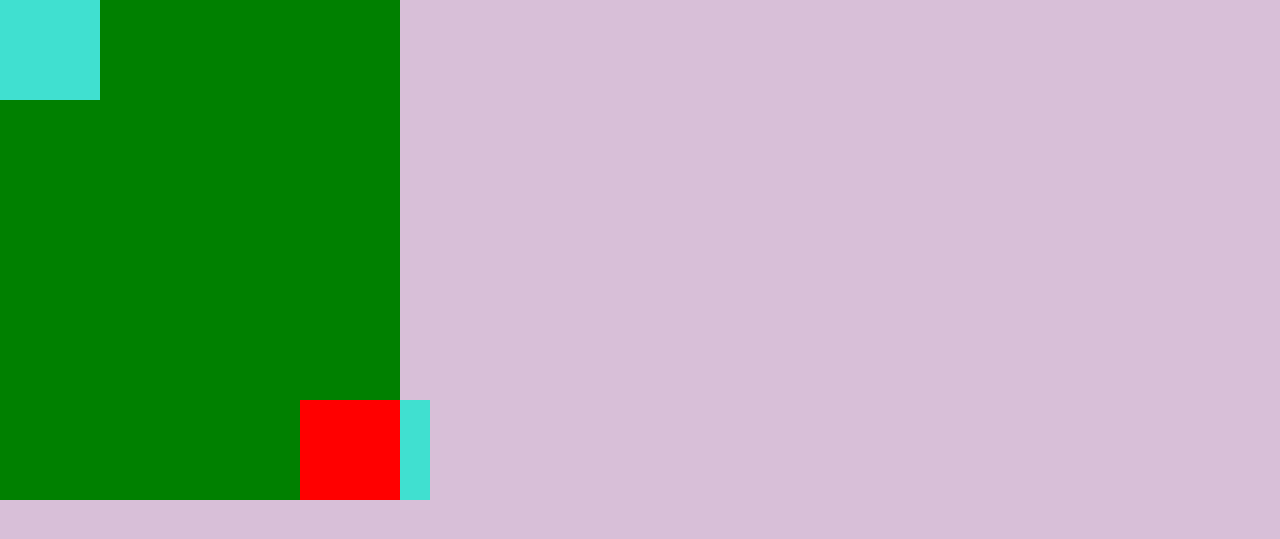
Repository: AytacSafarova/Task-12
Page: index.html
These files come from the project's save history. The page is drawn as it stood at one moment and after a run of saves; the edit follows.
The browser window is 1280 px wide. The pictures show the whole page.

Above is the page before, as saved 2023-08-16 16:13:34.

### index.html
<!DOCTYPE html>
<html lang="en">
  <head>
    <meta charset="UTF-8" />
    <meta name="viewport" content="width=device-width, initial-scale=1.0" />
    <title>Document</title>
    <link rel="stylesheet" href="./index.css" />
  </head>
  <body>
    <div class="container">
      <div class="box">
        <div class="child child-1"></div>
        <div class="child child-2"></div>
        <div class="child child-3"></div>
      </div>
    </div>
  </body>
</html>

### index.css
*{
    margin: 0;
    padding: 0;
    box-sizing: border-box;
}
.container{
    width: 100%;
    height: 100vh;
    background-color: thistle;
}
.child{
    width: 100px;
    height: 100px;
    background-color: turquoise;
    /* margin-bottom: 20px; */
}
.child-2{
    background-color: red;
    /* position: relative;
    z-index: 1; */
    position: absolute;
    bottom: 0;
    right: 0;
    z-index: 1;
}
/* static */
/* relative */
.child-3{
    /* position: relative;
    left: 20px;
    top: 30px; */
    /* position: relative;
    z-index: 1; */
    position: absolute;
    bottom: 0;
right: -30px;
}
.box{
    width: 400px;
    height: 500px;
    background-color: green;
    position: relative;
}

After the next 2 saves:
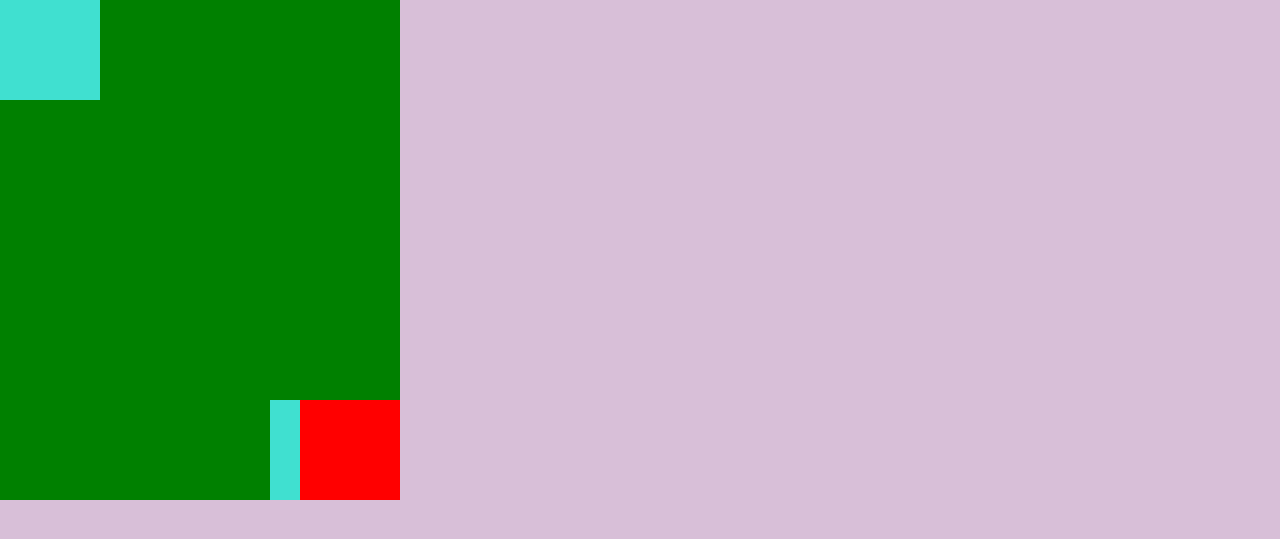
The 2 saves are shown as one change because they came seconds apart.
The last was saved 50 s later.
--- a/index.css
+++ b/index.css
@@ -33,7 +33,7 @@
     z-index: 1; */
     position: absolute;
     bottom: 0;
-right: -30px;
+right: 30px;
 }
 .box{
     width: 400px;
